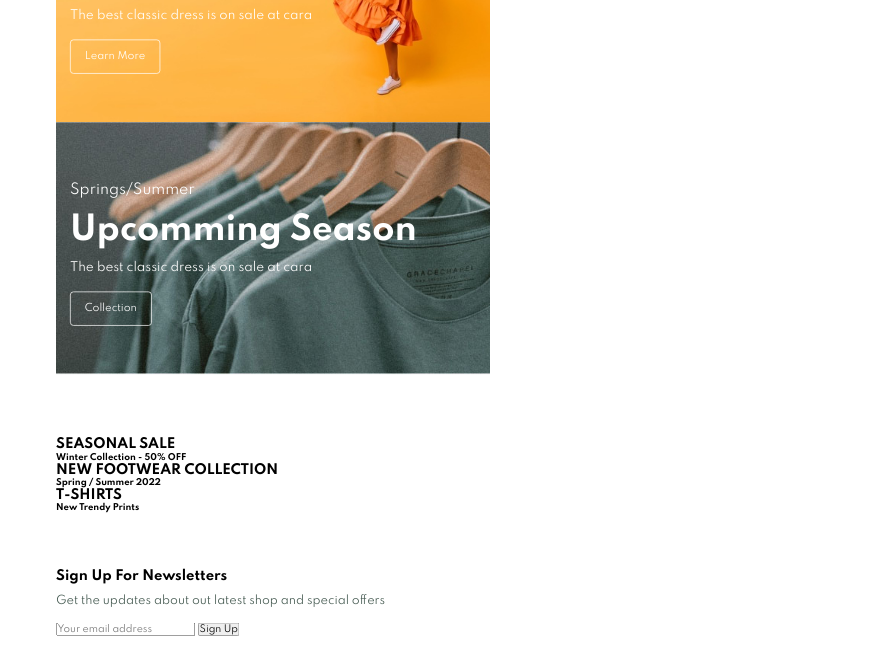
Repository: Daryllgio/E-Commerce-Website-UI
Page: index.html
The author's editor kept a copy of each file at every save. The page is drawn from the files as they stood at one save, then again after the next save.
The browser window is 1280 px wide. The pictures show the part of the page from y = 3459 to 5379 px (the page is 4407 px tall before and 5379 px after), at 70% of full size.
Some web libraries are served in a nearby version.

Above is the page before, as saved 2025-01-01 00:00:11.

### index.html
<!DOCTYPE html>
<html lang="en">

<head>
    <meta charset="UTF-8">
    <meta http-equiv="X-UA-Compatible" content="IE=edge">
    <meta name="viewport" content="width=device-width, initial-scale=1.0">
    <title>Tech2etc Ecommerce Tutorial</title>
    <link rel="stylesheet" href="https://pro.fontawesome.com/releases/v5.10.0/css/all.css" />

    <link rel="stylesheet" href="style.css">
</head>

<body>
    <section id="header">
        <a href="#"><img src="img/logo.png" id="logo" class="logo" alt=""></a>

        <div>
            <ul id="navbar">
                <li>
                    <a class="active" href="index.html">Home</a>
                </li>
                <li>
                    <a href="shop.html">Shop</a>
                </li>
                <li>
                    <a href="about.html">About</a>
                </li>
                <li>
                    <a href="contact.html">Contact</a>
                </li>
                <li>
                    <a href="cart.html"><i class="fa fa-shopping-cart" aria-hidden="true"></i></a>
                </li>

            </ul>
        </div>
    </section>

    <section id="HomeHeaderContent">
        <h4>
            Trade-in-offer
        </h4>
        <h2>
            Super value deals
        </h2>
        <h1>
            On all products
        </h1>
        <p>
            Save more with Coupons & up to 70% off !
        </p>
        <button>
            Shop now
        </button>

    </section>

    <section id="Features" class="section-p1">
        <div class="fe-box">
            <img src="img/features/f1.png" alt="">
            <h6>Free Shipping</h6>
        </div>
        <div class="fe-box">
            <img src="img/features/f2.png" alt="">
            <h6>Online Offer</h6>
        </div>
        <div class="fe-box">
            <img src="img/features/f3.png" alt="">
            <h6>Save Money</h6>
        </div>
        <div class="fe-box">
            <img src="img/features/f4.png" alt="">
            <h6>Promotions</h6>
        </div>
        <div class="fe-box">
            <img src="img/features/f5.png" alt="">
            <h6>Happy Sell</h6>
        </div>
        <div class="fe-box">
            <img src="img/features/f6.png" alt="">
            <h6>F24/7 Support</h6>
        </div>
    </section>

    <section id="product1" class="section-p1">
        <h2>
            Feautured Products
        </h2>
        <p>
            Summer Collection New Morden Design
        </p>
        <div class="pro-container">
            <div class="pro">
                <img src="img/products/f1.jpg" alt="">
                <div class="des">
                    <span>Adidas</span>
                    <h5>Cartoon Astronaut T-Shirts</h5>
                    <div class="star">
                        <i class="fas fa-star"></i>
                        <i class="fas fa-star"></i>
                        <i class="fas fa-star"></i>
                        <i class="fas fa-star"></i>
                        <i class="fas fa-star"></i>
                    </div>
                    <div class="Shop">
                        <h4>$74</h4>
                        <a href="#"><i class="fal fa-shopping-cart "></i></a>
                    </div>

                </div>
            </div>

            <div class="pro">
                <img src="img/products/f2.jpg" alt="">
                <div class="des">
                    <span>Adidas</span>
                    <h5>Cartoon Astronaut T-Shirts</h5>
                    <div class="star">
                        <i class="fas fa-star"></i>
                        <i class="fas fa-star"></i>
                        <i class="fas fa-star"></i>
                        <i class="fas fa-star"></i>
                        <i class="fas fa-star"></i>
                    </div>
                    <div class="Shop">
                        <h4>$74</h4>
                        <a href="#"><i class="fal fa-shopping-cart "></i></a>
                    </div>

                </div>
            </div>

            <div class="pro">
                <img src="img/products/f3.jpg" alt="">
                <div class="des">
                    <span>Adidas</span>
                    <h5>Cartoon Astronaut T-Shirts</h5>
                    <div class="star">
                        <i class="fas fa-star"></i>
                        <i class="fas fa-star"></i>
                        <i class="fas fa-star"></i>
                        <i class="fas fa-star"></i>
                        <i class="fas fa-star"></i>
                    </div>
                    <div class="Shop">
                        <h4>$74</h4>
                        <a href="#"><i class="fal fa-shopping-cart "></i></a>
                    </div>

                </div>
            </div>

            <div class="pro">
                <img src="img/products/f4.jpg" alt="">
                <div class="des">
                    <span>Adidas</span>
                    <h5>Cartoon Astronaut T-Shirts</h5>
                    <div class="star">
                        <i class="fas fa-star"></i>
                        <i class="fas fa-star"></i>
                        <i class="fas fa-star"></i>
                        <i class="fas fa-star"></i>
                        <i class="fas fa-star"></i>
                    </div>
                    <div class="Shop">
                        <h4>$74</h4>
                        <a href="#"><i class="fal fa-shopping-cart "></i></a>
                    </div>

                </div>
            </div>

            <div class="pro">
                <img src="img/products/f5.jpg" alt="">
                <div class="des">
                    <span>Adidas</span>
                    <h5>Cartoon Astronaut T-Shirts</h5>
                    <div class="star">
                        <i class="fas fa-star"></i>
                        <i class="fas fa-star"></i>
                        <i class="fas fa-star"></i>
                        <i class="fas fa-star"></i>
                        <i class="fas fa-star"></i>
                    </div>
                    <div class="Shop">
                        <h4>$74</h4>
                        <a href="#"><i class="fal fa-shopping-cart "></i></a>
                    </div>

                </div>
            </div>

            <div class="pro">
                <img src="img/products/f6.jpg" alt="">
                <div class="des">
                    <span>Adidas</span>
                    <h5>Cartoon Astronaut T-Shirts</h5>
                    <div class="star">
                        <i class="fas fa-star"></i>
                        <i class="fas fa-star"></i>
                        <i class="fas fa-star"></i>
                        <i class="fas fa-star"></i>
                        <i class="fas fa-star"></i>
                    </div>
                    <div class="Shop">
                        <h4>$74</h4>
                        <a href="#"><i class="fal fa-shopping-cart "></i></a>
                    </div>

                </div>
            </div>

            <div class="pro">
                <img src="img/products/f7.jpg" alt="">
                <div class="des">
                    <span>Adidas</span>
                    <h5>Cartoon Astronaut T-Shirts</h5>
                    <div class="star">
                        <i class="fas fa-star"></i>
                        <i class="fas fa-star"></i>
                        <i class="fas fa-star"></i>
                        <i class="fas fa-star"></i>
                        <i class="fas fa-star"></i>
                    </div>
                    <div class="Shop">
                        <h4>$74</h4>
                        <a href="#"><i class="fal fa-shopping-cart "></i></a>
                    </div>

                </div>
            </div>

            <div class="pro">
                <img src="img/products/f8.jpg" alt="">
                <div class="des">
                    <span>Adidas</span>
                    <h5>Cartoon Astronaut T-Shirts</h5>
                    <div class="star">
                        <i class="fas fa-star"></i>
                        <i class="fas fa-star"></i>
                        <i class="fas fa-star"></i>
                        <i class="fas fa-star"></i>
                        <i class="fas fa-star"></i>
                    </div>
                    <div class="Shop">
                        <h4>$74</h4>
                        <a href="#"><i class="fal fa-shopping-cart "></i></a>
                    </div>

                </div>
            </div>


        </div>
    </section>

    <section id="banner" class="section-p1">
        <p>Repair Services</p>
        <h2>Up to <span>70% off</span> - All T-Shirts & Accesories</h2>
        <button class="normal">Explore More</button>
    </section>

    <section id="product1" class="section-p1">
        <h2>
            New Arrival
        </h2>
        <p>
            Summer Collection New Morden Design
        </p>
        <div class="pro-container">
            <div class="pro">
                <img src="img/products/n1.jpg" alt="">
                <div class="des">
                    <span>Adidas</span>
                    <h5>Cartoon Astronaut T-Shirts</h5>
                    <div class="star">
                        <i class="fas fa-star"></i>
                        <i class="fas fa-star"></i>
                        <i class="fas fa-star"></i>
                        <i class="fas fa-star"></i>
                        <i class="fas fa-star"></i>
                    </div>
                    <div class="Shop">
                        <h4>$74</h4>
                        <a href="#"><i class="fal fa-shopping-cart "></i></a>
                    </div>

                </div>
            </div>

            <div class="pro">
                <img src="img/products/n2.jpg" alt="">
                <div class="des">
                    <span>Adidas</span>
                    <h5>Cartoon Astronaut T-Shirts</h5>
                    <div class="star">
                        <i class="fas fa-star"></i>
                        <i class="fas fa-star"></i>
                        <i class="fas fa-star"></i>
                        <i class="fas fa-star"></i>
                        <i class="fas fa-star"></i>
                    </div>
                    <div class="Shop">
                        <h4>$74</h4>
                        <a href="#"><i class="fal fa-shopping-cart "></i></a>
                    </div>

                </div>
            </div>

            <div class="pro">
                <img src="img/products/n3.jpg" alt="">
                <div class="des">
                    <span>Adidas</span>
                    <h5>Cartoon Astronaut T-Shirts</h5>
                    <div class="star">
                        <i class="fas fa-star"></i>
                        <i class="fas fa-star"></i>
                        <i class="fas fa-star"></i>
                        <i class="fas fa-star"></i>
                        <i class="fas fa-star"></i>
                    </div>
                    <div class="Shop">
                        <h4>$74</h4>
                        <a href="#"><i class="fal fa-shopping-cart "></i></a>
                    </div>

                </div>
            </div>

            <div class="pro">
                <img src="img/products/n4.jpg" alt="">
                <div class="des">
                    <span>Adidas</span>
                    <h5>Cartoon Astronaut T-Shirts</h5>
                    <div class="star">
                        <i class="fas fa-star"></i>
                        <i class="fas fa-star"></i>
                        <i class="fas fa-star"></i>
                        <i class="fas fa-star"></i>
                        <i class="fas fa-star"></i>
                    </div>
                    <div class="Shop">
                        <h4>$74</h4>
                        <a href="#"><i class="fal fa-shopping-cart "></i></a>
                    </div>

                </div>
            </div>

            <div class="pro">
                <img src="img/products/n5.jpg" alt="">
                <div class="des">
                    <span>Adidas</span>
                    <h5>Cartoon Astronaut T-Shirts</h5>
                    <div class="star">
                        <i class="fas fa-star"></i>
                        <i class="fas fa-star"></i>
                        <i class="fas fa-star"></i>
                        <i class="fas fa-star"></i>
                        <i class="fas fa-star"></i>
                    </div>
                    <div class="Shop">
                        <h4>$74</h4>
                        <a href="#"><i class="fal fa-shopping-cart "></i></a>
                    </div>

                </div>
            </div>

            <div class="pro">
                <img src="img/products/n6.jpg" alt="">
                <div class="des">
                    <span>Adidas</span>
                    <h5>Cartoon Astronaut T-Shirts</h5>
                    <div class="star">
                        <i class="fas fa-star"></i>
                        <i class="fas fa-star"></i>
                        <i class="fas fa-star"></i>
                        <i class="fas fa-star"></i>
                        <i class="fas fa-star"></i>
                    </div>
                    <div class="Shop">
                        <h4>$74</h4>
                        <a href="#"><i class="fal fa-shopping-cart "></i></a>
                    </div>

                </div>
            </div>

            <div class="pro">
                <img src="img/products/n7.jpg" alt="">
                <div class="des">
                    <span>Adidas</span>
                    <h5>Cartoon Astronaut T-Shirts</h5>
                    <div class="star">
                        <i class="fas fa-star"></i>
                        <i class="fas fa-star"></i>
                        <i class="fas fa-star"></i>
                        <i class="fas fa-star"></i>
                        <i class="fas fa-star"></i>
                    </div>
                    <div class="Shop">
                        <h4>$74</h4>
                        <a href="#"><i class="fal fa-shopping-cart "></i></a>
                    </div>

                </div>
            </div>

            <div class="pro">
                <img src="img/products/n8.jpg" alt="">
                <div class="des">
                    <span>Adidas</span>
                    <h5>Cartoon Astronaut T-Shirts</h5>
                    <div class="star">
                        <i class="fas fa-star"></i>
                        <i class="fas fa-star"></i>
                        <i class="fas fa-star"></i>
                        <i class="fas fa-star"></i>
                        <i class="fas fa-star"></i>
                    </div>
                    <div class="Shop">
                        <h4>$74</h4>
                        <a href="#"><i class="fal fa-shopping-cart "></i></a>
                    </div>

                </div>
            </div>


        </div>
    </section>

    <section id="sm-banner" class="section-p1">
        <div class="banner-box">
            <p>
                Crazy deals
            </p>
            <h2>
                Buy 1 get 1 free
            </h2>
            <span>
                The best classic dress is on sale at cara
            </span>
            <button class="normal">
                Learn More
            </button>
        </div>
        <div class="banner-box">
            <p>
                Springs/Summer
            </p>
            <h2>
                Upcomming Season
            </h2>
            <span>
                The best classic dress is on sale at cara
            </span>
            <button class="normal">
                Collection
            </button>
        </div>
    </section>

    <section id="sm-banner2" class="section-p1">
        <div class="banner-box">
            <h3>
                SEASONAL SALE
            </h3>
            <h6>
                Winter Collection - 50% OFF
            </h6>
        </div>
        <div class="banner-box">
            <h3>
                NEW FOOTWEAR COLLECTION
            </h3>
            <h6>
                Spring / Summer 2022
            </h6>
        </div>
        <div class="banner-box">
            <h3>
                T-SHIRTS
            </h3>
            <h6>
                New Trendy Prints
            </h6>
        </div>

    </section>

    <section id="sm-NewsLetter" class="section-p1">
        <div class="Newsletters-Container">
            <div class="Newsletters-Text">
                <h3>Sign Up For Newsletters</h3>
                <p> Get the updates about out latest shop and <span>special offers</span></p>
            </div>
            <div class="Newsletters-Input">
                <input placeholder="Your email address" />
                <button>
                    Sign Up
                </button>
            </div>
        </div>
    </section>


    <script src="script.js"></script>
</body>

</html>

### style.css
@import url("https://fonts.googleapis.com/css2?family=Spartan:wght@100;200;300;400;500;600;700;800;900&display=swap");

* {
  margin: 0;
  padding: 0;
  box-sizing: border-box;
  font-family: "Spartan", sans-serif;
}

html {
  scroll-behavior: smooth;
}

/* Global Styles */

h1 {
  font-size: 50px;
  line-height: 64px;
  color: #222;
}

h2 {
  font-size: 46px;
  line-height: 54px;
  color: #222;
}

h4 {
  font-size: 20px;
  color: #222;
}

h6 {
  font-weight: 700;
  font-size: 12px;
}

p {
  font-size: 16px;
  color: #465b52;
  margin: 15px 0 20px 0;
}

.section-p1 {
  padding: 40px 80px;
}

.section-m1 {
  margin: 40px 0;
}

button.normal {
  font-size: 14px;
  font-weight: 400;
  padding: 15px 20px;
  border-radius: 5px;
  cursor: pointer;
  border: none;
  outline: none;
  transition: 0.3s;
}

body {
  width: 100%;
}

#header {
  display: flex;
  align-items: center;
  justify-content: space-between;
  padding: 20px 80px;
  background: #E3E6F3;
  box-shadow: 0 5px 15px rgba(0, 0, 0, 0.06);
  position: sticky;
  top: 0;
  left: 0;

}



#navbar {
  display: flex;
  align-items: center;
  justify-content: center;
}

#navbar li {
  list-style: none;
  padding: 0px 20px;
}

#navbar li a {
  text-decoration: none;
  font-size: 15px;
  font-weight: 600;
  color: #000;
  transition: 0.3s ease;
}

#navbar li a:hover,
#navbar li a.active {
  color: #088178;
}

#HomeHeaderContent {
  background-image: url("img/hero4.png");
  height: 90vh;
  width: 100%;
  background-size: cover;
  background-position: top 25% right 0;
  padding: 0 80px;
  align-items: flex-start;
  display: flex;
  flex-direction: column;
  justify-content: center;
}

#HomeHeaderContent h4 {
  margin-bottom: 10px;
}

#HomeHeaderContent h1 {
  color: #088178;
}

#HomeHeaderContent button {
  color: #088178;
  background-image: url("img/button.png");
  font-size: 15px;
  font-weight: 600;
  background-color: transparent;
  border: 0;
  padding: 14px 80px 14px 65px;
  background-repeat: no-repeat;
  cursor: pointer;
}

#Features {
  display: flex;
  justify-content: space-between;
}

#Features .fe-box {
  width: 200px;
  text-align: center;
  padding: 35px 25px;
  border: 1px solid #cce7d0;
  box-shadow: 20px 20px 34px rgba(0, 0, 0, 0.03);
  border-radius: 10px;
}

#Features .fe-box:hover {
  box-shadow: 10px 10px 54px rgba(0, 0, 0, 0.1);
}

#Features .fe-box img {
  margin-bottom: 10px;
}

#Features .fe-box h6 {
  font-size: 13px;
  display: inline-block;
  line-height: 1;
  border-radius: 4px;
  color: #088178;
  background-color: #fddde4;
  padding: 9px 8px 6px 8px;
}

#Features .fe-box:nth-child(2) h6 {
  background-color: #cdebbc;
}

#Features .fe-box:nth-child(3) h6 {
  background-color: #d1e8f2;
}

#Features .fe-box:nth-child(4) h6 {
  background-color: #cdd4f8;
}

#Features .fe-box:nth-child(5) h6 {
  background-color: #f6dbf6;
}

#Features .fe-box:nth-child(6) h6 {
  background-color: #fff2e5;
}

#product1 {
  text-align: center;
}

#product1 .pro {
  width: 23%;
  min-width: 250px;
  padding: 10px 25px;
  border: 1px solid #f0f0f0;
  border-radius: 20px;
  cursor: pointer;
  box-shadow: 20px 20px 30px rgba(0, 0, 0, 0.02);
  transition: 0.3s ease;
}

#product1 .pro:hover {
  box-shadow: 20px 20px 30px rgba(0, 0, 0, 0.06);

}

#product1 .pro img {
  width: 100%;
  border-radius: 20px;
}

#product1 .pro .des {
  text-align: start;
  padding: 10px 0;
}

#product1 .pro .des span {
  color: #606063;
  font-size: 12px;
}

#product1 .pro .des h5 {
  color: #1a1a1a;
  font-size: 14px;
  padding-top: 7px;
}

#product1 .pro .des .fa-star {
  color: rgb(243, 181, 25);
  font-size: 12px;
}

#product1 .pro .des h4 {
  font-size: 16px;
  padding-top: 7px;
  font-weight: 700;
  color: #088178;

}

#product1 .pro .Shop {
  display: flex;
  justify-content: space-between;
}

#product1 .pro .des .fa-shopping-cart {
  width: 40px;
  height: 40px;
  line-height: 40px;
  border-radius: 50px;
  font-size: 17px;
  background-color: #e8f6ea;
  font-weight: 500;
  color: #088178;
  border: 1px solid #cce7d0;
  text-align: center;
}

#product1 .pro-container {
  display: flex;
  justify-content: space-between;
  padding: 20px;
  flex-wrap: wrap;
}


#banner {
  background-image: url("img/banner/b2.jpg");
  height: 40vh;
  width: 100%;
  background-size: cover;
  background-position: top 25% right 0;
  padding: 0 80px;
  text-align: center;
  display: flex;
  flex-direction: column;
  align-items: center;
  justify-content: center;
}

#banner p {
  font-size: 15px;
  margin-bottom: 15px;
  font-weight: 400;
  color: #ffffff;
}

#banner h2 {
  color: #fff;
  margin-bottom: 15px;
}

#banner span {
  color: red;
}

#banner button:hover {
  color: #fff;
  background-color: #088178;
}



#sm-banner {
  display: flex;
  justify-content: space-between;
  flex-wrap: wrap;
  margin-bottom: 10px;
}

#sm-banner .banner-box {
  background-image: url("img/banner/b17.jpg");
  height: 50vh;
  min-width: 620px;
  background-size: cover;
  padding: 0 20px;
  display: flex;
  flex-direction: column;
  align-items: flex-start;
  justify-content: center;

}

#sm-banner .banner-box:nth-child(2) {
  background-image: url("img/banner/b10.jpg");
}

#sm-banner p {
  font-size: 20px;
  color: #fff;
}

#sm-banner h2 {
  color: #fff;
}

#sm-banner span {
  font-size: 17px;
  color: #fff;
  margin-top: 15px;
}

#sm-banner button {
  margin-top: 25px;
  background-color: transparent;
  color: #fff;
  border: 1px solid #fff;
  transition: 0.3s ease;

}

#sm-banner button:hover {
  border: 0;
  background-color: #088178;
}

#sm-banner .banner-MainContainer .banner-Container2 {
  display: flex;
  justify-content: space-between;
}

#sm-banner .banner-MainContainer .banner-Container2 .banner-box {
  background-image: url("img/banner/b7.jpg");
  height: 250px;
  width: 410px;
  background-size: cover;
  padding: 0 20px;
  display: flex;
  flex-direction: column;
  align-items: flex-start;
  justify-content: center;

}




#sm-banner {
  display: flex;
  justify-content: space-between;
  flex-wrap: wrap;
}

#sm-banner .banner-box {
  background-image: url("img/banner/b17.jpg");
  height: 50vh;
  min-width: 620px;
  background-size: cover;
  padding: 0 20px;
  display: flex;
  flex-direction: column;
  align-items: flex-start;
  justify-content: center;

}

#sm-banner .banner-box:nth-child(2) {
  background-image: url("img/banner/b10.jpg");
}

#sm-banner p {
  font-size: 20px;
  color: #fff;
}

#sm-banner h2 {
  color: #fff;
}

#sm-banner span {
  font-size: 17px;
  color: #fff;
  margin-top: 15px;
}

#sm-banner button {
  margin-top: 25px;
  background-color: transparent;
  color: #fff;
  border: 1px solid #fff;
  transition: 0.3s ease;

}

#sm-banner button:hover {
  border: 0;
  background-color: #088178;
}

#sm-banner .banner-MainContainer .banner-Container2 {
  display: flex;
  justify-content: space-between;
}

#sm-banner .banner-MainContainer .banner-Container2 .banner-box {
  background-image: url("img/banner/b7.jpg");
  height: 250px;
  width: 410px;
  background-size: cover;
  padding: 0 20px;
  display: flex;
  flex-direction: column;
  align-items: flex-start;
  justify-content: center;

}

#sm-banner .banner-MainContainer .banner-Container2 .banner-box h3 {}

#sm-banner .banner-MainContainer .banner-Container2 .banner-box:nth-child(2) {
  background-image: url("img/banner/b4.jpg");
}

#sm-banner .banner-MainContainer .banner-Container2 .banner-box:nth-child(3) {
  background-image: url("img/banner/b18.jpg");
}

Loaded but not shown: script.js (common file)

After the next save:
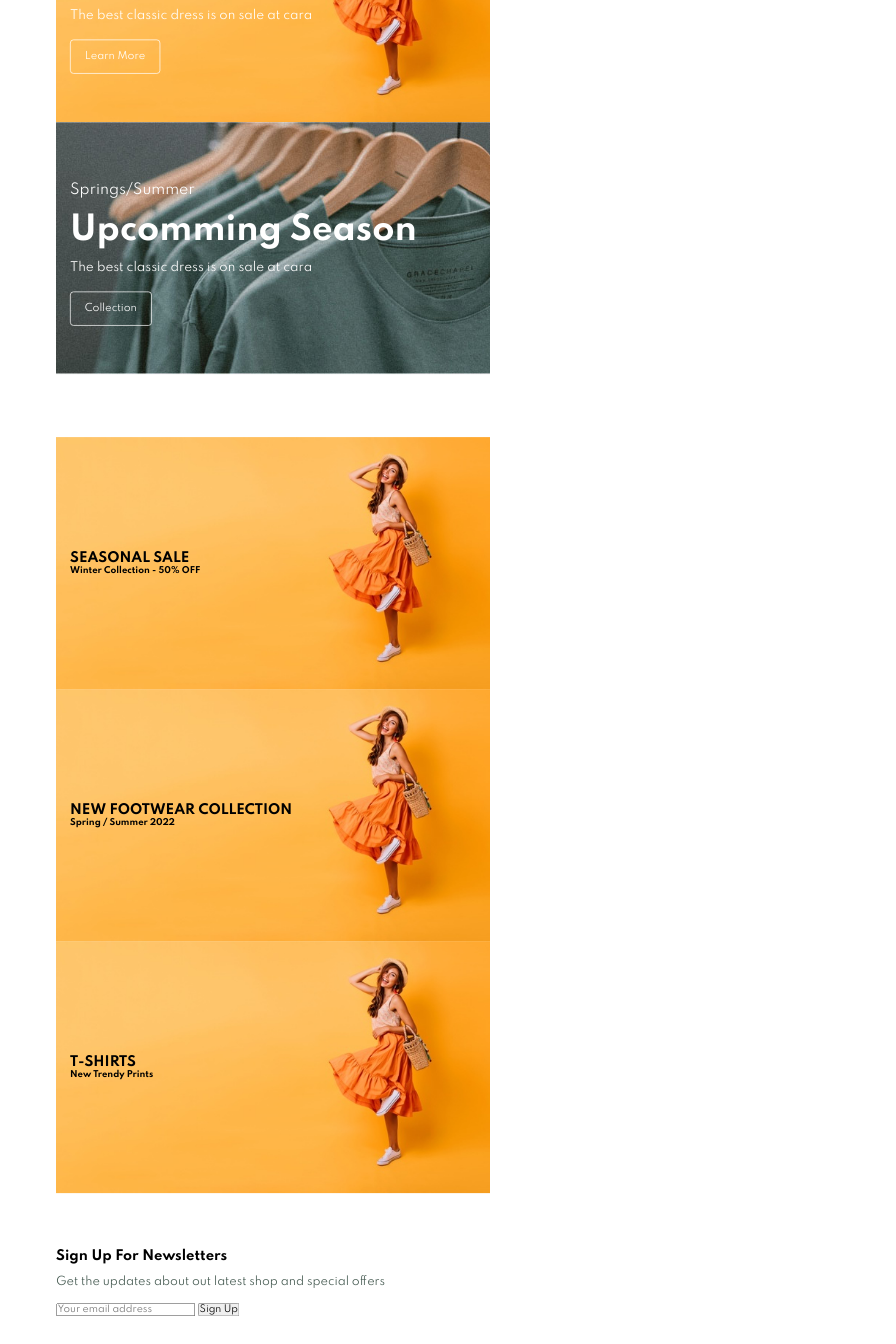
Saved 6 s later.
--- a/style.css
+++ b/style.css
@@ -379,13 +379,13 @@ body {
 
 
 
-#sm-banner {
+#sm-banner2 {
   display: flex;
   justify-content: space-between;
   flex-wrap: wrap;
 }
 
-#sm-banner .banner-box {
+#sm-banner2 .banner-box {
   background-image: url("img/banner/b17.jpg");
   height: 50vh;
   min-width: 620px;
